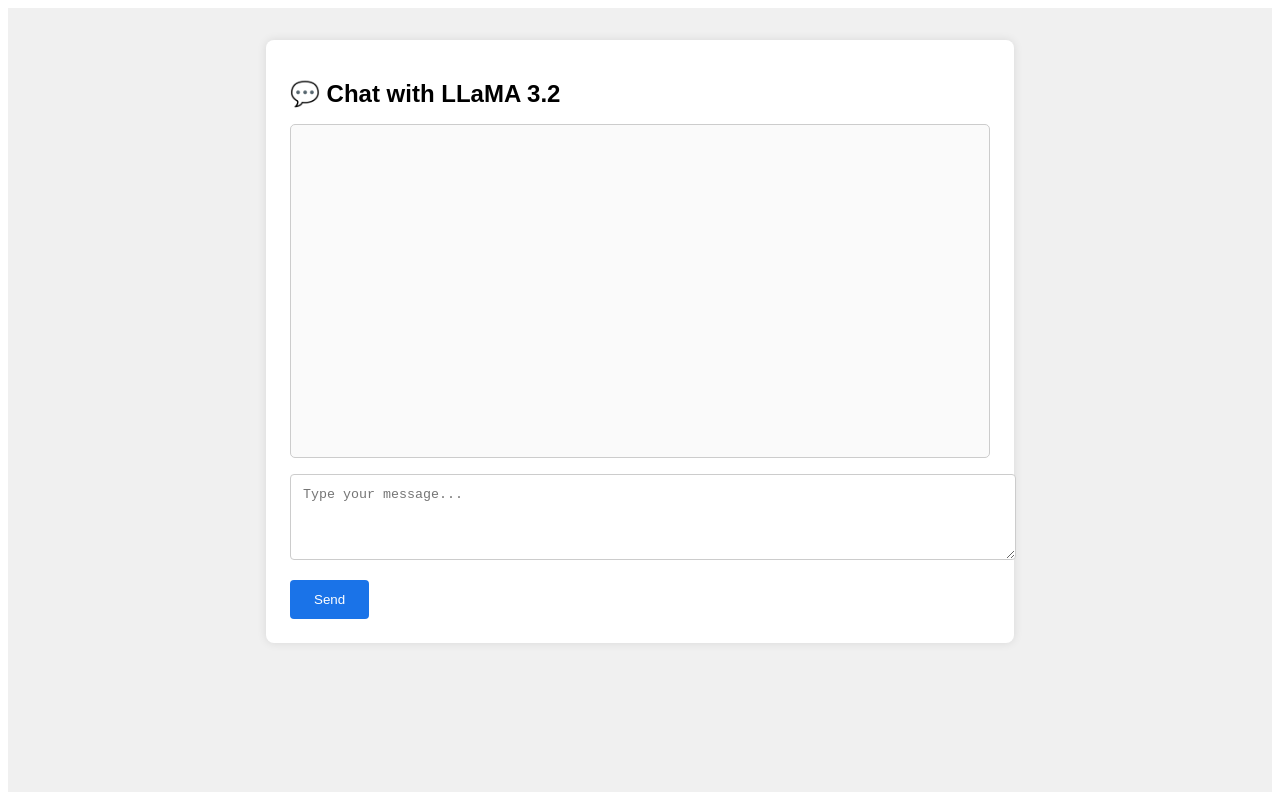
Repository: Theanh0410/Pre-thesis
Page: / (app in LLM/client/)
The author's editor kept a copy of each file at every save. The page is drawn from the files as they stood at one save, then again after the next save.
The browser window is 1280 px wide. The pictures show the whole page.
The project was rebuilt for these pictures with package versions that can differ from the ones it lists, and the page was loaded fresh each time. The framework's server and built-in components were replaced by stand-ins that run in the browser. Also part of the build but not shown: LLM/client/next.config.js, LLM/client/next.config.mjs.

Above is the page before, as saved 2025-04-07 17:06:27.

After the next save:
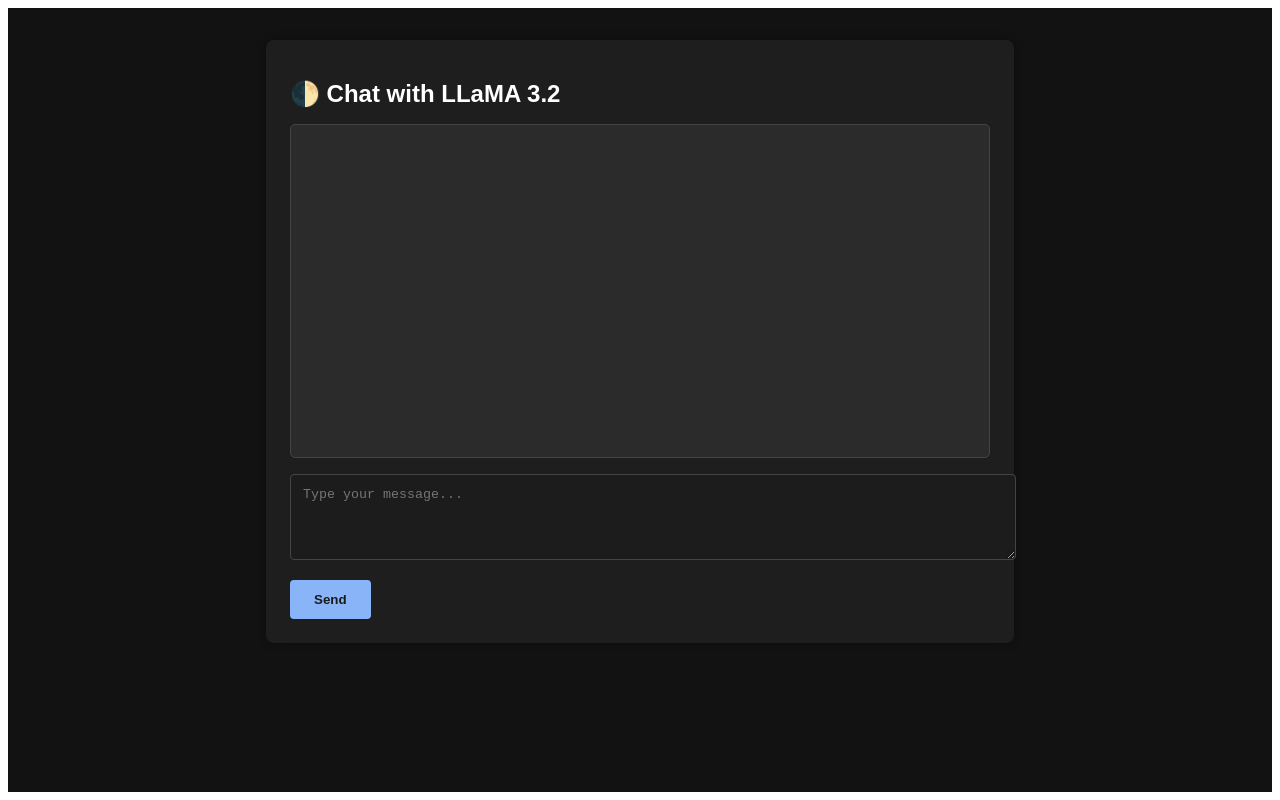
Saved 3 min 0 s later.
--- a/LLM/client/pages/index.js
+++ b/LLM/client/pages/index.js
@@ -53,11 +53,14 @@
   return (
     <main style={styles.main}>
       <div style={styles.container}>
-        <h1 style={styles.title}>💬 Chat with LLaMA 3.2</h1>
+        <h1 style={styles.title}>🌓 Chat with LLaMA 3.2</h1>
 
         <div style={styles.chatWindow}>
           {messages.map((msg, idx) => (
-            <div key={idx} style={{ ...styles.message, color: msg.role === 'user' ? '#1a73e8' : '#0f9d58' }}>
+            <div key={idx} style={{
+              ...styles.message,
+              color: msg.role === 'user' ? '#8ab4f8' : '#81c995'
+            }}>
               <strong>{msg.role === 'user' ? 'You' : 'LLaMA'}:</strong> {msg.text}
             </div>
           ))}
@@ -93,27 +96,29 @@
 const styles = {
   main: {
     padding: '2rem',
-    background: '#f0f0f0',
+    background: '#121212',
     fontFamily: 'Arial, sans-serif',
-    minHeight: '100vh'
+    minHeight: '100vh',
+    color: '#e0e0e0'
   },
   container: {
     maxWidth: '700px',
     margin: 'auto',
-    background: 'white',
+    background: '#1e1e1e',
     padding: '1.5rem',
     borderRadius: '0.5rem',
-    boxShadow: '0 0 10px rgba(0,0,0,0.1)'
+    boxShadow: '0 0 10px rgba(0,0,0,0.3)'
   },
   title: {
     fontSize: '1.5rem',
-    marginBottom: '1rem'
+    marginBottom: '1rem',
+    color: '#fff'
   },
   chatWindow: {
     height: '300px',
     overflowY: 'auto',
-    background: '#fafafa',
-    border: '1px solid #ccc',
+    background: '#2b2b2b',
+    border: '1px solid #444',
     borderRadius: '5px',
     padding: '1rem',
     marginBottom: '1rem'
@@ -125,20 +130,23 @@
   },
   typing: {
     fontStyle: 'italic',
-    color: '#888'
+    color: '#aaa'
   },
   input: {
     width: '100%',
     padding: '0.75rem',
-    border: '1px solid #ccc',
+    border: '1px solid #444',
     borderRadius: '4px',
     resize: 'vertical',
+    backgroundColor: '#1c1c1c',
+    color: '#f5f5f5',
     marginBottom: '1rem'
   },
   button: {
     padding: '0.75rem 1.5rem',
-    backgroundColor: '#1a73e8',
-    color: 'white',
+    backgroundColor: '#8ab4f8',
+    color: '#1a1a1a',
+    fontWeight: 'bold',
     border: 'none',
     borderRadius: '4px',
     cursor: 'pointer'
